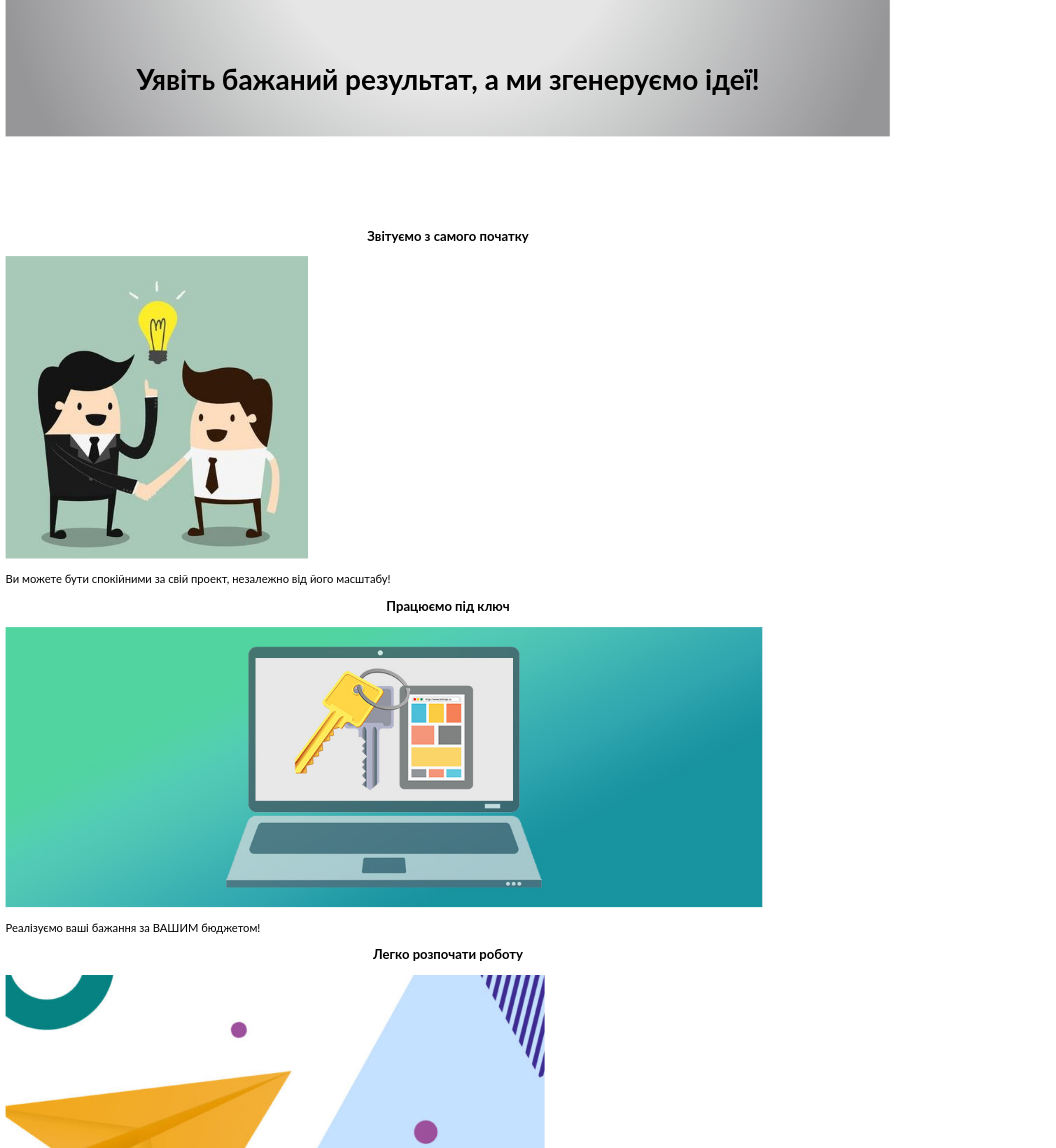
Repository: ivankovaa/HelloWorld
Page: site/index.html
The author's editor kept a record of every edit. The page is drawn from the files as they stood at one moment, then again after the next edit.
The browser window is 1280 px wide. The page is 1508 px wide, so the pictures cover 1508 px, including what lies to the right of the window. The pictures show the part of the page from y = 467 to 2107 px (the page is 3961 px tall before and 3801 px after), at 70% of full size.

Above is the page before.

After the next edit:
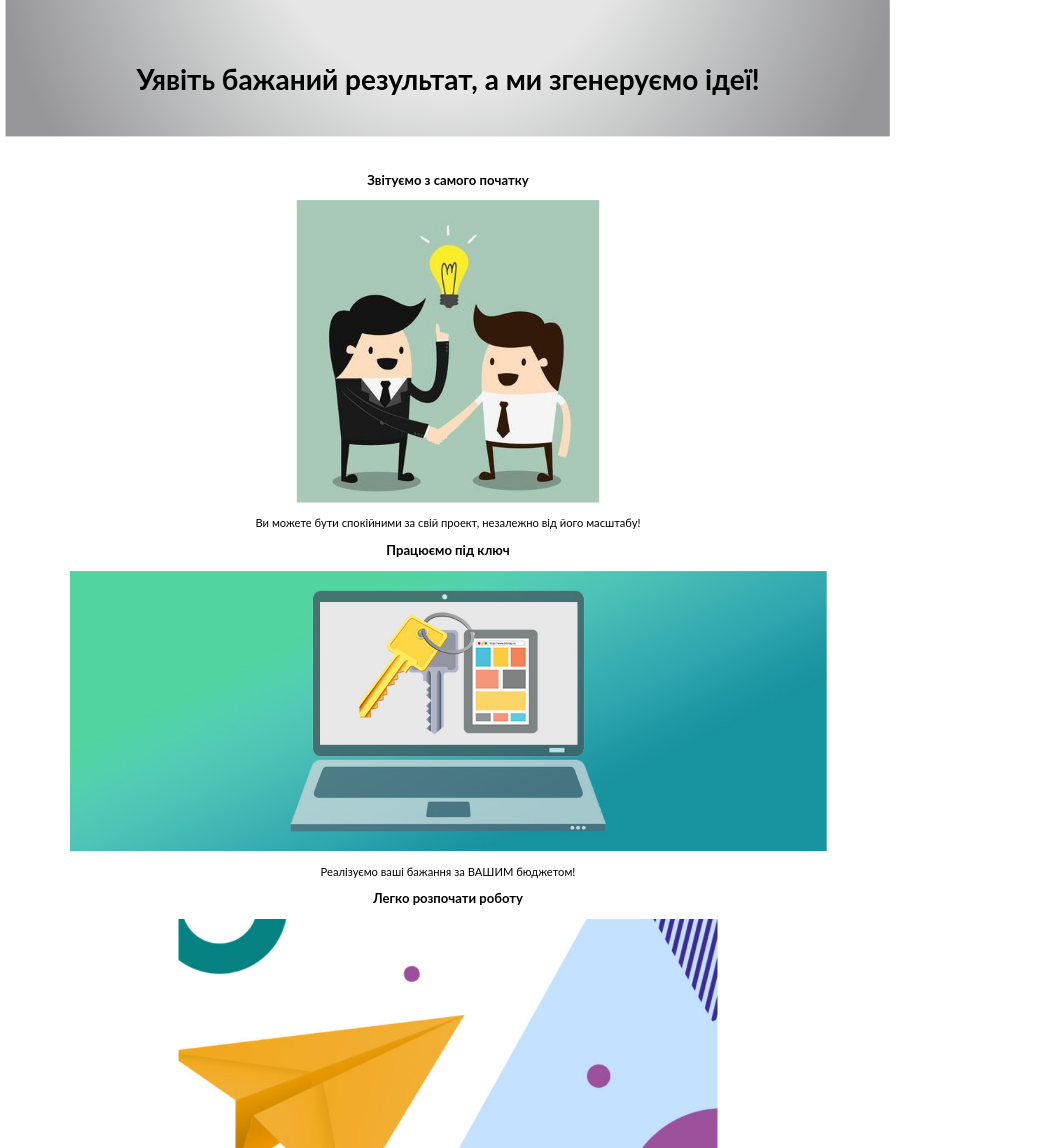
The edit:
--- a/site/css/landing-page.css
+++ b/site/css/landing-page.css
@@ -38,8 +38,9 @@
 }
 
 .features {
-  padding-top: 7rem;
-  padding-bottom: 7rem;
+  padding-top: 2rem;
+  padding-bottom: 2rem;
+  text-align: center;
 }
 
 .features.feature {
